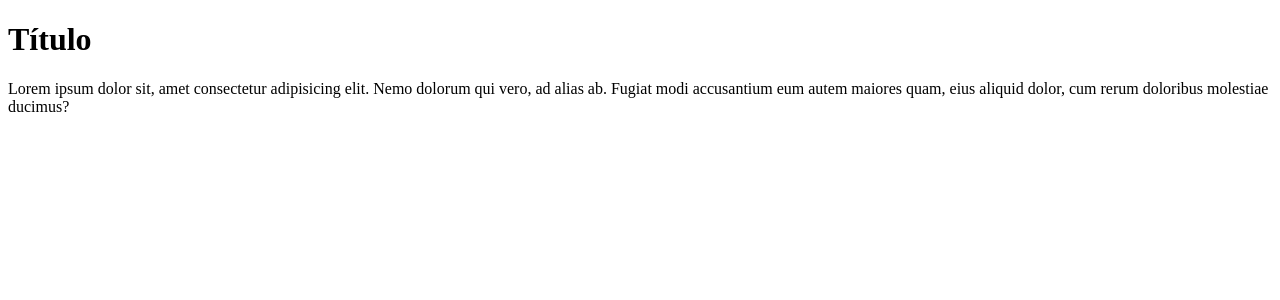
Repository: pheonix5/Estudo
Page: html-css/exercicios/ex018/fonte01.html
These files come from the project's save history. The page is drawn as it stood at one moment and after the next save; the edit follows.
The browser window is 1280 px wide. The pictures show the whole page.

Above is the page before, as saved 2023-08-12 23:29:08.

### html-css/exercicios/ex018/fonte01.html
<!DOCTYPE html>
<html lang="pt-br">
<head>
  <meta charset="UTF-8">
  <meta name="viewport" content="width=device-width, initial-scale=1.0">
  <title>Fotnes com Google Fonts</title>
</head>
<body>
  <h1>Título</h1>
  <p>Lorem ipsum dolor sit, amet consectetur adipisicing elit. Nemo dolorum qui vero, ad alias ab. Fugiat modi accusantium eum autem maiores quam, eius aliquid dolor, cum rerum doloribus molestiae ducimus?</p>
</body>
</html>

After the next save:
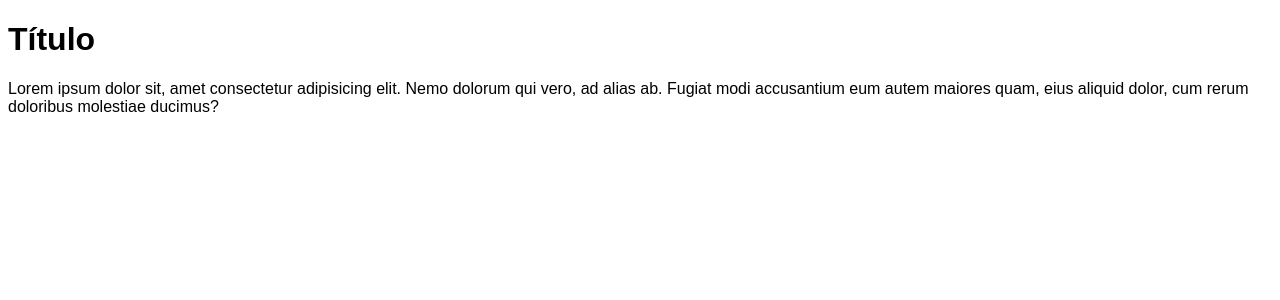
Saved 56 s later.
--- a/html-css/exercicios/ex018/fonte01.html
+++ b/html-css/exercicios/ex018/fonte01.html
@@ -4,6 +4,13 @@
   <meta charset="UTF-8">
   <meta name="viewport" content="width=device-width, initial-scale=1.0">
   <title>Fotnes com Google Fonts</title>
+  <style>
+    body{
+      font-family: Arial, Helvetica, sans-serif;
+      font-size: 16px;
+      color: #000;
+    }
+  </style>
 </head>
 <body>
   <h1>Título</h1>
